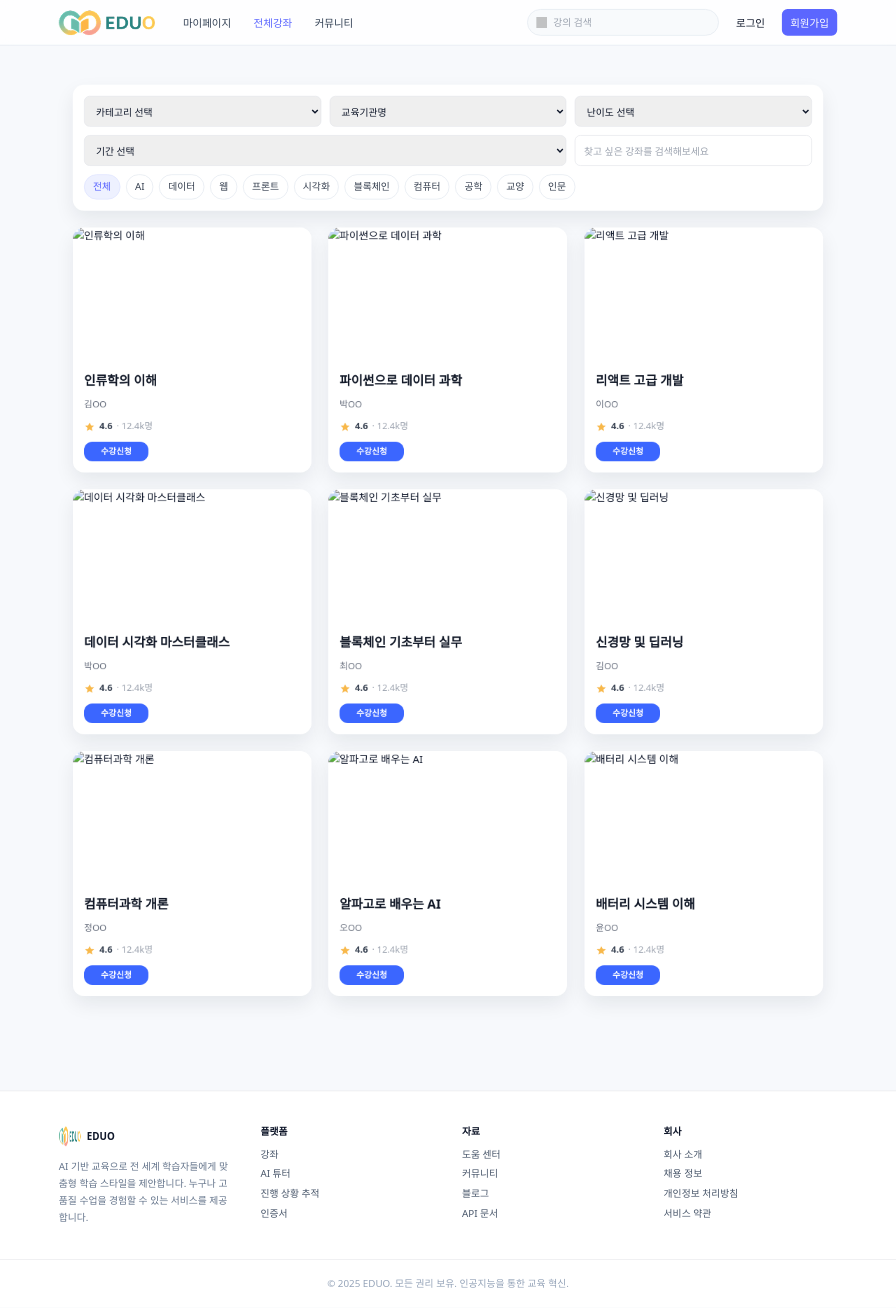
Repository: Iimchaehoon/eduoproject
Page: /search (app in client/)
These files come from the project's save history. The page is drawn as it stood at one moment and after the next save; the edit follows.
The browser window is 1280 px wide. The pictures show the whole page, at 70% of full size.
Pictures or frames that could not be fetched are drawn as grey boxes. The project was rebuilt for these pictures with package versions that can differ from the ones it lists, and the page was loaded fresh each time. Also part of the build but not shown: client/vite.config.js, client/src/shared/CourseCard.jsx, client/src/pages/Home.jsx, client/src/pages/Course.jsx, client/src/pages/CourseEval.jsx, client/src/pages/CourseReview.jsx, client/src/pages/Community.jsx, client/src/pages/MyPage.jsx and 2 more.

Above is the page before, as saved 2025-10-17 02:58:52.

After the next save:
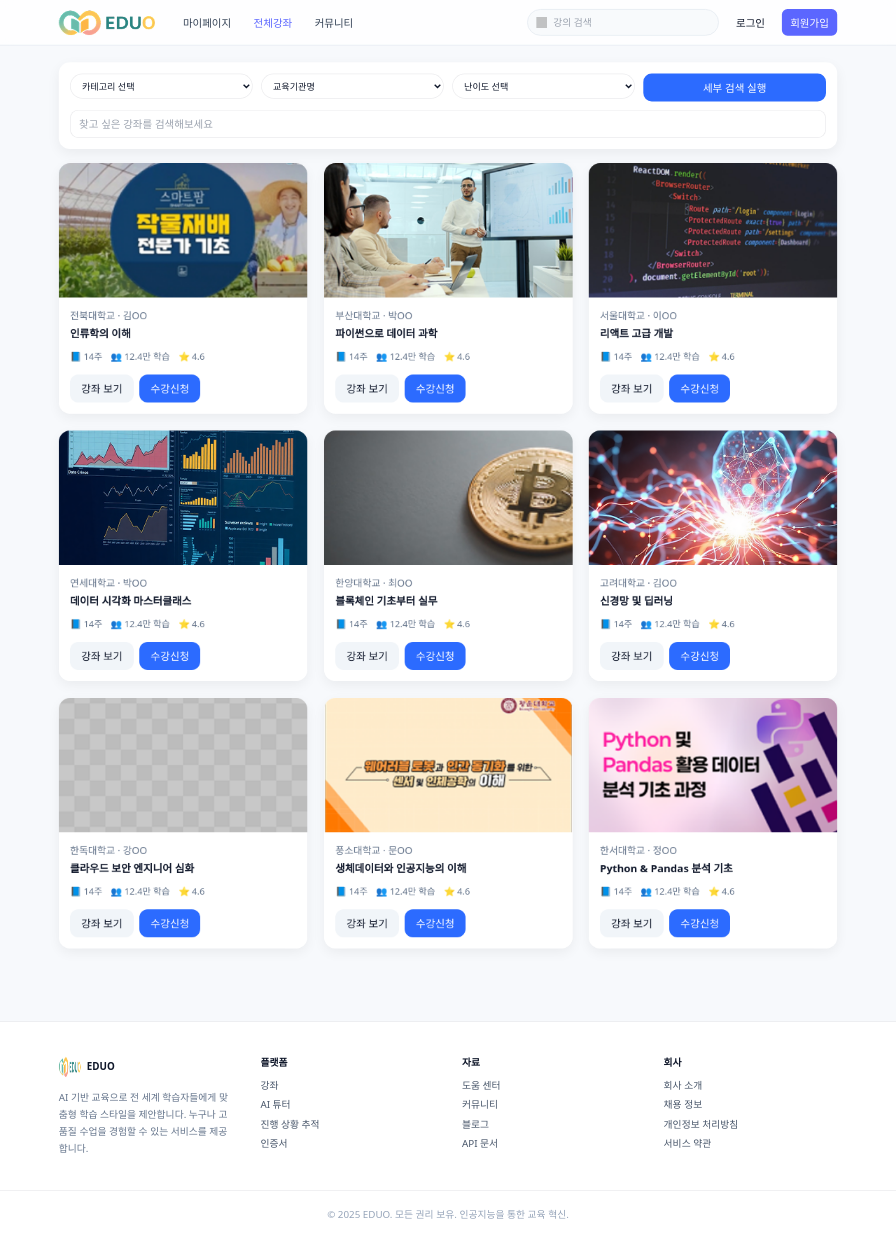
Saved 13 s later.
--- a/client/src/pages/Search.jsx
+++ b/client/src/pages/Search.jsx
@@ -1,95 +1,53 @@
-// src/pages/Search.jsx
-import { useMemo, useState } from "react";
-import CourseCard from "../components/CourseCard.jsx";
+import { Link } from "react-router-dom";
 
-const RAW = [
-  // 9개 예시 (이미지 파일은 /public/img 에 있어야 함)
-  { id: 1, title: "인류학의 이해",   school: "전북대학교", teacher: "김OO", weeks: 14, rating: 4.6, students:"12.4만", img: "/img/seed.png", slug:"mock-1-1", tags:["교양","인문"] },
-  { id: 2, title: "파이썬으로 데이터 과학", school: "부산대학교", teacher: "박OO", weeks: 14, rating: 4.6, students:"12.4만", img: "/img/data.png", slug:"mock-1-2", tags:["데이터","AI"] },
-  { id: 3, title: "리액트 고급 개발", school: "서울대학교", teacher: "이OO", weeks: 14, rating: 4.6, students:"12.4만", img: "/img/react.png", slug:"mock-1-3", tags:["웹","프론트"] },
-  { id: 4, title: "데이터 시각화 마스터클래스", school: "연세대학교", teacher: "박OO", weeks: 14, rating: 4.6, students:"12.4만", img: "/img/python_data.png", slug:"mock-1-4", tags:["데이터","시각화"] },
-  { id: 5, title: "블록체인 기초부터 실무", school: "한양대학교", teacher: "최OO", weeks: 14, rating: 4.6, students:"12.4만", img: "/img/block.png", slug:"mock-1-5", tags:["블록체인","개발"] },
-  { id: 6, title: "신경망 및 딥러닝",   school: "고려대학교", teacher: "김OO", weeks: 14, rating: 4.6, students:"12.4만", img: "/img/deep.png", slug:"mock-1-6", tags:["AI","딥러닝"] },
-  { id: 7, title: "컴퓨터과학 개론", school: "한국대학교", teacher: "정OO", weeks: 14, rating: 4.6, students:"12.4만", img: "/img/edu_pro1.png", slug:"mock-1-7", tags:["컴퓨터","CS"] },
-  { id: 8, title: "알파고로 배우는 AI", school: "카이스트", teacher: "오OO", weeks: 14, rating: 4.6, students:"12.4만", img: "/img/alfago.png", slug:"mock-1-8", tags:["AI","머신러닝"] },
-  { id: 9, title: "배터리 시스템 이해", school: "산업대", teacher: "윤OO", weeks: 14, rating: 4.6, students:"12.4만", img: "/img/battery.png", slug:"mock-1-9", tags:["공학","전기"] },
+// 9개 카드 더미 데이터 (이미지 파일은 public/img 폴더 기준)
+const COURSES = [
+  { id: "c1", title: "인류학의 이해", inst: "전북대학교 · 김OO", weeks: 14, students: "12.4만", rating: 4.6, img: "/img/seed.png" },
+  { id: "c2", title: "파이썬으로 데이터 과학", inst: "부산대학교 · 박OO", weeks: 14, students: "12.4만", rating: 4.6, img: "/img/data.png" },
+  { id: "c3", title: "리액트 고급 개발", inst: "서울대학교 · 이OO", weeks: 14, students: "12.4만", rating: 4.6, img: "/img/react.png" },
+  { id: "c4", title: "데이터 시각화 마스터클래스", inst: "연세대학교 · 박OO", weeks: 14, students: "12.4만", rating: 4.6, img: "/img/pyton_data.png" },
+  { id: "c5", title: "블록체인 기초부터 실무", inst: "한양대학교 · 최OO", weeks: 14, students: "12.4만", rating: 4.6, img: "/img/block.png" },
+  { id: "c6", title: "신경망 및 딥러닝", inst: "고려대학교 · 김OO", weeks: 14, students: "12.4만", rating: 4.6, img: "/img/deep.png" },
+  { id: "c7", title: "클라우드 보안 엔지니어 심화", inst: "한독대학교 · 강OO", weeks: 14, students: "12.4만", rating: 4.6, img: "/img/cloud.png" },
+  { id: "c8", title: "생체데이터와 인공지능의 이해", inst: "풍소대학교 · 문OO", weeks: 14, students: "12.4만", rating: 4.6, img: "/img/human.png" },
+  { id: "c9", title: "Python & Pandas 분석 기초", inst: "한서대학교 · 정OO", weeks: 14, students: "12.4만", rating: 4.6, img: "/img/pandas.png" },
 ];
 
 export default function Search() {
-  const [q, setQ] = useState("");
-  const [selectedTag, setSelectedTag] = useState("");
-
-  const tags = ["전체", "AI", "데이터", "웹", "프론트", "시각화", "블록체인", "컴퓨터", "공학", "교양", "인문"];
-  const filtered = useMemo(() => {
-    const k = q.trim().toLowerCase();
-    return RAW.filter((c) => {
-      const hit =
-        c.title.toLowerCase().includes(k) ||
-        c.school.toLowerCase().includes(k) ||
-        c.teacher.toLowerCase().includes(k);
-      const tagOk = !selectedTag || selectedTag === "전체" || c.tags.includes(selectedTag);
-      return hit && tagOk;
-    });
-  }, [q, selectedTag]);
-
   return (
-    <div className="max-w-[1200px] mx-auto px-5 py-8">
-      {/* 상단 필터 */}
-      <div className="rounded-2xl bg-white p-4 shadow-[0_12px_28px_rgba(16,24,40,.08)]">
-        <div className="grid md:grid-cols-3 gap-3">
-          <select className="h-11 rounded-lg border px-3 text-sm">
-            <option>카테고리 선택</option>
-            <option>인문학</option>
-            <option>자연과학</option>
-            <option>컴퓨터과학</option>
-          </select>
-          <select className="h-11 rounded-lg border px-3 text-sm">
-            <option>교육기관명</option>
-            <option>서울대학교</option>
-            <option>연세대학교</option>
-            <option>부산대학교</option>
-          </select>
-          <select className="h-11 rounded-lg border px-3 text-sm">
-            <option>난이도 선택</option>
-            <option>입문</option>
-            <option>중급</option>
-            <option>고급</option>
-          </select>
-          <select className="h-11 rounded-lg border px-3 text-sm md:col-span-2">
-            <option>기간 선택</option>
-            <option>4주</option>
-            <option>8주</option>
-            <option>12주</option>
-          </select>
-          <input
-            className="h-11 rounded-lg border px-3 text-sm"
-            placeholder="찾고 싶은 강좌를 검색해보세요"
-            value={q}
-            onChange={(e) => setQ(e.target.value)}
-          />
+    <div>
+      {/* 필터 바 */}
+      <div className="card p-4 mb-5">
+        <div className="grid md:grid-cols-4 gap-3">
+          <select className="pill"><option>카테고리 선택</option></select>
+          <select className="pill"><option>교육기관명</option></select>
+          <select className="pill"><option>난이도 선택</option></select>
+          <button className="btn-primary">세부 검색 실행</button>
         </div>
-
-        {/* 추천 칩(태그) */}
-        <div className="mt-3 flex flex-wrap gap-2">
-          {tags.map((t) => (
-            <button
-              key={t}
-              onClick={() => setSelectedTag(t === "전체" ? "" : t)}
-              className={`px-3 h-9 rounded-full text-sm border transition
-                ${selectedTag === t || (t === "전체" && !selectedTag)
-                  ? "bg-[#EEF1FF] text-[#5560FF] border-[#DDE3FF]"
-                  : "bg-white text-[#374151] hover:bg-slate-50 border-slate-200"}`}
-            >
-              {t}
-            </button>
-          ))}
-        </div>
+        <input className="input w-full mt-3" placeholder="찾고 싶은 강좌를 검색해보세요" />
       </div>
 
-      {/* 결과(카드 9개) */}
-      <div className="mt-6 grid md:grid-cols-2 lg:grid-cols-3 gap-6">
-        {filtered.map((c) => (
-          <CourseCard key={c.id} {...c} />
+      {/* 카드 목록 (9개) */}
+      <div className="grid gap-6 md:grid-cols-3">
+        {COURSES.map((c) => (
+          <div key={c.id} className="card overflow-hidden course-card">
+            <Link to={`/course/mock-${c.id}`}>
+              <img src={c.img} alt={c.title} className="w-full h-48 object-cover" draggable={false} />
+            </Link>
+            <div className="p-4">
+              <div className="text-sm text-slate-500">{c.inst}</div>
+              <div className="font-semibold mt-1">{c.title}</div>
+              <div className="mt-3 flex items-center gap-3 text-[13px] text-slate-500">
+                <span>📘 {c.weeks}주</span>
+                <span>👥 {c.students} 학습</span>
+                <span>⭐ {c.rating}</span>
+              </div>
+              <div className="mt-4 flex gap-2">
+                <Link to={`/course/mock-${c.id}`} className="btn-ghost">강좌 보기</Link>
+                <button className="btn-primary">수강신청</button>
+              </div>
+            </div>
+          </div>
         ))}
       </div>
     </div>
